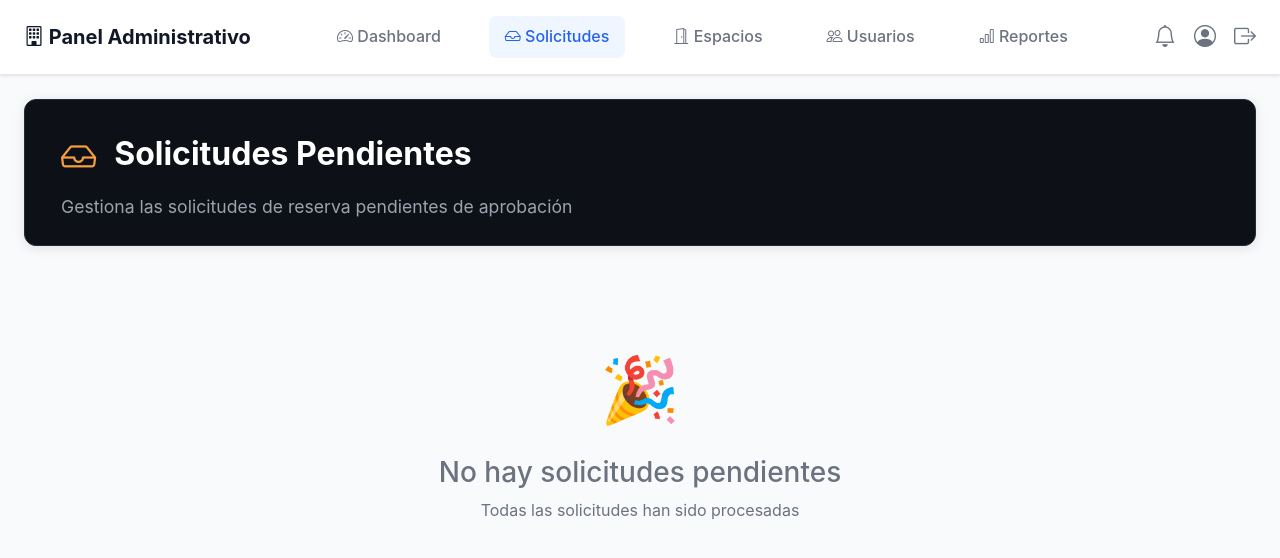
Repository: KeviNozh/Reservadeaula
Page: reservas/templates/reservas/solicitudes_pendientes.html
These files come from the project's save history. The page is drawn as it stood at one moment and after the next save; the edit follows.
The browser window is 1280 px wide. The pictures show the whole page.
The template is drawn by Django 5.2. The application's start-up code is not run. Other server files are loaded and not shown. The template is opened directly, without the code that normally fills it, so the values that code supplies are empty.

Above is the page before, as saved 2025-12-13 01:56:47.

### Inacap_reserva/reservas/templates/reservas/solicitudes_pendientes.html
<!DOCTYPE html>
<html lang="es">
<head>
    <meta charset="UTF-8">
    <meta name="viewport" content="width=device-width, initial-scale=1.0">
    <title>Solicitudes Pendientes - Sistema de Reservas</title>
    <link rel="stylesheet" href="https://cdn.jsdelivr.net/npm/bootstrap@5.3.2/dist/css/bootstrap.min.css">
    <link rel="stylesheet" href="https://cdn.jsdelivr.net/npm/bootstrap-icons@1.11.1/font/bootstrap-icons.css">
    <style>
        * {
            margin: 0;
            padding: 0;
            box-sizing: border-box;
        }

        body {
            font-family: -apple-system, BlinkMacSystemFont, 'Segoe UI', Roboto, sans-serif;
            background-color: #F9FAFB;
            color: #111827;
            line-height: 1.6;
        }

        .header {
            background: white;
            border-bottom: 1px solid #E5E7EB;
            padding: 16px 24px;
            box-shadow: 0 1px 3px rgba(0,0,0,0.1);
        }

        .header-content {
            max-width: 1400px;
            margin: 0 auto;
            display: flex;
            justify-content: space-between;
            align-items: center;
        }

        .logo {
            font-size: 20px;
            font-weight: 700;
            color: #111827;
        }

        .nav-menu {
            display: flex;
            gap: 32px;
        }

        .nav-item {
            color: #6B7280;
            text-decoration: none;
            font-weight: 500;
            padding: 8px 16px;
            border-radius: 8px;
            transition: all 0.2s;
        }

        .nav-item:hover, .nav-item.active {
            color: #2563EB;
            background: #EFF6FF;
        }

        .main-content {
            max-width: 1400px;
            margin: 0 auto;
            padding: 24px;
        }

        .page-title {
            font-size: 32px;
            font-weight: 700;
            margin-bottom: 8px;
        }

        .page-subtitle {
            color: #6B7280;
            margin-bottom: 32px;
        }

        .solicitudes-grid {
            display: grid;
            gap: 20px;
        }

        .solicitud-card {
            background: white;
            border-radius: 12px;
            padding: 24px;
            box-shadow: 0 1px 3px rgba(0,0,0,0.1);
            border-left: 4px solid #F59E0B;
        }

        .solicitud-header {
            display: flex;
            justify-content: between;
            align-items: center;
            margin-bottom: 16px;
        }

        .espacio-nombre {
            font-size: 20px;
            font-weight: 600;
            color: #111827;
        }

        .solicitud-fecha {
            color: #6B7280;
            font-size: 14px;
        }

        .solicitud-info {
            margin-bottom: 20px;
        }

        .info-item {
            margin-bottom: 8px;
            font-size: 14px;
        }

        .solicitud-actions {
            display: flex;
            gap: 12px;
        }

        .btn-approve, .btn-reject, .btn-details {
            padding: 10px 20px;
            border: none;
            border-radius: 8px;
            cursor: pointer;
            font-weight: 500;
            transition: all 0.2s;
        }

        .btn-approve {
            background: #10B981;
            color: white;
        }

        .btn-approve:hover {
            background: #059669;
        }

        .btn-reject {
            background: #DC2626;
            color: white;
        }

        .btn-reject:hover {
            background: #B91C1C;
        }

        .btn-details {
            background: #2563EB;
            color: white;
        }

        .btn-details:hover {
            background: #1D4ED8;
        }

        .empty-state {
            text-align: center;
            padding: 60px 20px;
            color: #6B7280;
        }

        .empty-icon {
            font-size: 64px;
            margin-bottom: 16px;
        }
    </style>
</head>
<body>
    <header class="header">
        <div class="header-content">
            <div class="logo"><i class="bi bi-building"></i> Panel Administrativo</div>
            <nav class="nav-menu">
                <a href="{% url 'admin_dashboard' %}" class="nav-item"><i class="bi bi-speedometer2"></i> Dashboard</a>
                <a href="{% url 'solicitudes_pendientes' %}" class="nav-item active"><i class="bi bi-inbox"></i> Solicitudes</a>
                <a href="{% url 'gestion_espacios' %}" class="nav-item"><i class="bi bi-door-open"></i> Espacios</a>
                <a href="{% url 'gestion_usuarios' %}" class="nav-item"><i class="bi bi-people"></i> Usuarios</a>
                <a href="{% url 'reportes' %}" class="nav-item"><i class="bi bi-bar-chart"></i> Reportes</a>
            </nav>
            <div style="display:flex;align-items:center;gap:18px;">
                <a href="#" title="Notificaciones" style="color:#6B7280;font-size:22px;"><i class="bi bi-bell"></i></a>
                <span style="display:flex;align-items:center;gap:6px;color:#6B7280;font-size:16px;">
                    <i class="bi bi-person-circle" style="font-size:22px;"></i>
                    {{ user.first_name }} {{ user.last_name }}
                </span>
                <a href="{% url 'logout' %}" title="Cerrar sesión" style="color:#6B7280;font-size:22px;"><i class="bi bi-box-arrow-right"></i></a>
            </div>
        </div>
    </header>

    <main class="main-content">
        <div style="background:#0d1117;border-radius:12px;padding:28px 36px 24px 36px;margin-bottom:32px;box-shadow:0 2px 12px rgba(0,0,0,0.10);border:1px solid #222b3c;">
            <div style="display:flex;align-items:center;gap:18px;margin-bottom:6px;">
                <span style="font-size:2.2em;line-height:1;display:flex;align-items:center;">
                    <i class="bi bi-inbox" style="color:#f59e42;"></i>
                </span>
                <span class="page-title" style="font-size:2em;font-weight:700;color:#fff;">Solicitudes Pendientes</span>
            </div>
            <div class="page-subtitle" style="color:#9ca3af;font-size:1.1em;margin-bottom:0;">Gestiona las solicitudes de reserva pendientes de aprobación</div>
        </div>

        <div class="solicitudes-grid">
            {% for solicitud in solicitudes %}
            <div class="solicitud-card" style="background:#192132;border-radius:12px;padding:32px 36px;box-shadow:0 2px 12px rgba(0,0,0,0.10);border:1px solid #222b3c;max-width:800px;margin:0 auto 32px auto;">
                <div class="solicitud-header" style="display:flex;align-items:center;justify-content:space-between;margin-bottom:18px;">
                    <span class="solicitud-fecha" style="color:#b6bbc7;font-size:1.1em;font-weight:500;"><i class="bi bi-calendar-event"></i> {{ solicitud.fecha_solicitud|date:"d M Y H:i" }}</span>
                </div>
                <div class="solicitud-info">
                    <div class="info-item"><strong>Solicitante:</strong> {{ solicitud.solicitante.first_name }} {{ solicitud.solicitante.last_name }}</div>
                    <div class="info-item"><strong>Email:</strong> {{ solicitud.solicitante.email }}</div>
                    <div class="info-item"><strong>Fecha Reserva:</strong> {{ solicitud.fecha_reserva }}</div>
                    <div class="info-item"><strong>Horario:</strong> {{ solicitud.hora_inicio|time:"H:i" }} - {{ solicitud.hora_fin|time:"H:i" }}</div>
                    <div class="info-item"><strong>Asistentes:</strong> {{ solicitud.num_asistentes }} personas</div>
                    <div class="info-item"><strong>Propósito:</strong> {{ solicitud.proposito }}</div>
                </div>
                <div class="solicitud-actions" style="display:flex;gap:18px;margin-top:18px;">
                    <button class="btn-approve d-flex align-items-center justify-content-center" style="min-width:140px;font-size:1.1em;gap:8px;" onclick="aprobarSolicitud({{ solicitud.id }})">
                        <i class="bi bi-check-circle-fill"></i> Aprobar
                    </button>
                    <button class="btn-reject d-flex align-items-center justify-content-center" style="min-width:140px;font-size:1.1em;gap:8px;" onclick="rechazarSolicitud({{ solicitud.id }})">
                        <i class="bi bi-x-circle-fill"></i> Rechazar
                    </button>
                    <a href="{% url 'revisar_solicitud' %}?id={{ solicitud.id }}" class="btn-details d-flex align-items-center justify-content-center" style="min-width:140px;font-size:1.1em;gap:8px;">
                        <i class="bi bi-clipboard-data"></i> Detalles
                    </a>
                </div>
            </div>
            {% empty %}
            <div class="empty-state">
                <div class="empty-icon">🎉</div>
                <h3>No hay solicitudes pendientes</h3>
                <p>Todas las solicitudes han sido procesadas</p>
            </div>
            {% endfor %}
        </div>
    </main>

    <script>
        function getCSRFToken() {
            const name = 'csrftoken';
            let cookieValue = null;
            if (document.cookie && document.cookie !== '') {
                const cookies = document.cookie.split(';');
                for (let i = 0; i < cookies.length; i++) {
                    const cookie = cookies[i].trim();
                    if (cookie.substring(0, name.length + 1) === (name + '=')) {
                        cookieValue = decodeURIComponent(cookie.substring(name.length + 1));
                        break;
                    }
                }
            }
            return cookieValue;
        }

        async function aprobarSolicitud(solicitudId) {
            if (confirm('¿Estás seguro de que deseas aprobar esta solicitud?')) {
                try {
                    const response = await fetch(`/api/reservas/${solicitudId}/aprobar/`, {
                        method: 'POST',
                        headers: {
                            'Content-Type': 'application/json',
                            'X-CSRFToken': getCSRFToken()
                        },
                        body: JSON.stringify({})
                    });

                    const data = await response.json();

                    if (data.success) {
                        alert('Solicitud aprobada exitosamente');
                        location.reload();
                    } else {
                        alert('Error: ' + data.error);
                    }
                } catch (error) {
                    alert('Error de conexión: ' + error);
                }
            }
        }

        async function rechazarSolicitud(solicitudId) {
            const motivo = prompt('Ingresa el motivo del rechazo:');
            if (motivo) {
                try {
                    const response = await fetch(`/api/reservas/${solicitudId}/rechazar/`, {
                        method: 'POST',
                        headers: {
                            'Content-Type': 'application/json',
                            'X-CSRFToken': getCSRFToken()
                        },
                        body: JSON.stringify({
                            motivo: motivo
                        })
                    });

                    const data = await response.json();

                    if (data.success) {
                        alert('Solicitud rechazada exitosamente');
                        location.reload();
                    } else {
                        alert('Error: ' + data.error);
                    }
                } catch (error) {
                    alert('Error de conexión: ' + error);
                }
            }
        }
    </script>
</body>
</body>
<script src="https://cdn.jsdelivr.net/npm/bootstrap@5.3.2/dist/js/bootstrap.bundle.min.js"></script>
</html>

After the next save:
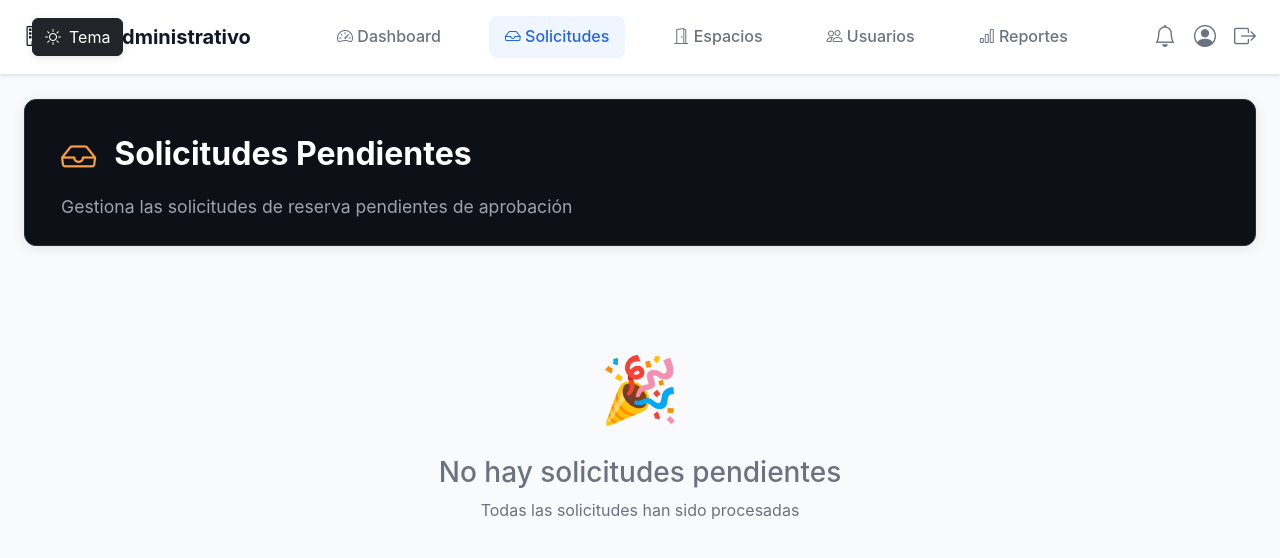
Saved 2 min 54 s later.
--- a/Inacap_reserva/reservas/templates/reservas/solicitudes_pendientes.html
+++ b/Inacap_reserva/reservas/templates/reservas/solicitudes_pendientes.html
@@ -171,6 +171,12 @@
     </style>
 </head>
 <body>
+    <!-- Botón de tema en la esquina superior izquierda -->
+    <div style="position:fixed;top:18px;left:32px;z-index:1000;">
+        <button id="themeToggle" class="btn btn-dark d-flex align-items-center" style="box-shadow:0 2px 8px rgba(0,0,0,0.10);gap:8px;">
+            <i class="bi bi-brightness-high"></i> Tema
+        </button>
+    </div>
     <header class="header">
         <div class="header-content">
             <div class="logo"><i class="bi bi-building"></i> Panel Administrativo</div>
@@ -209,7 +215,7 @@
                 <div class="solicitud-header" style="display:flex;align-items:center;justify-content:space-between;margin-bottom:18px;">
                     <span class="solicitud-fecha" style="color:#b6bbc7;font-size:1.1em;font-weight:500;"><i class="bi bi-calendar-event"></i> {{ solicitud.fecha_solicitud|date:"d M Y H:i" }}</span>
                 </div>
-                <div class="solicitud-info">
+                <div class="solicitud-info" style="margin-bottom:18px;">
                     <div class="info-item"><strong>Solicitante:</strong> {{ solicitud.solicitante.first_name }} {{ solicitud.solicitante.last_name }}</div>
                     <div class="info-item"><strong>Email:</strong> {{ solicitud.solicitante.email }}</div>
                     <div class="info-item"><strong>Fecha Reserva:</strong> {{ solicitud.fecha_reserva }}</div>
@@ -217,7 +223,7 @@
                     <div class="info-item"><strong>Asistentes:</strong> {{ solicitud.num_asistentes }} personas</div>
                     <div class="info-item"><strong>Propósito:</strong> {{ solicitud.proposito }}</div>
                 </div>
-                <div class="solicitud-actions" style="display:flex;gap:18px;margin-top:18px;">
+                <div class="solicitud-actions" style="display:flex;gap:18px;justify-content:flex-start;">
                     <button class="btn-approve d-flex align-items-center justify-content-center" style="min-width:140px;font-size:1.1em;gap:8px;" onclick="aprobarSolicitud({{ solicitud.id }})">
                         <i class="bi bi-check-circle-fill"></i> Aprobar
                     </button>
